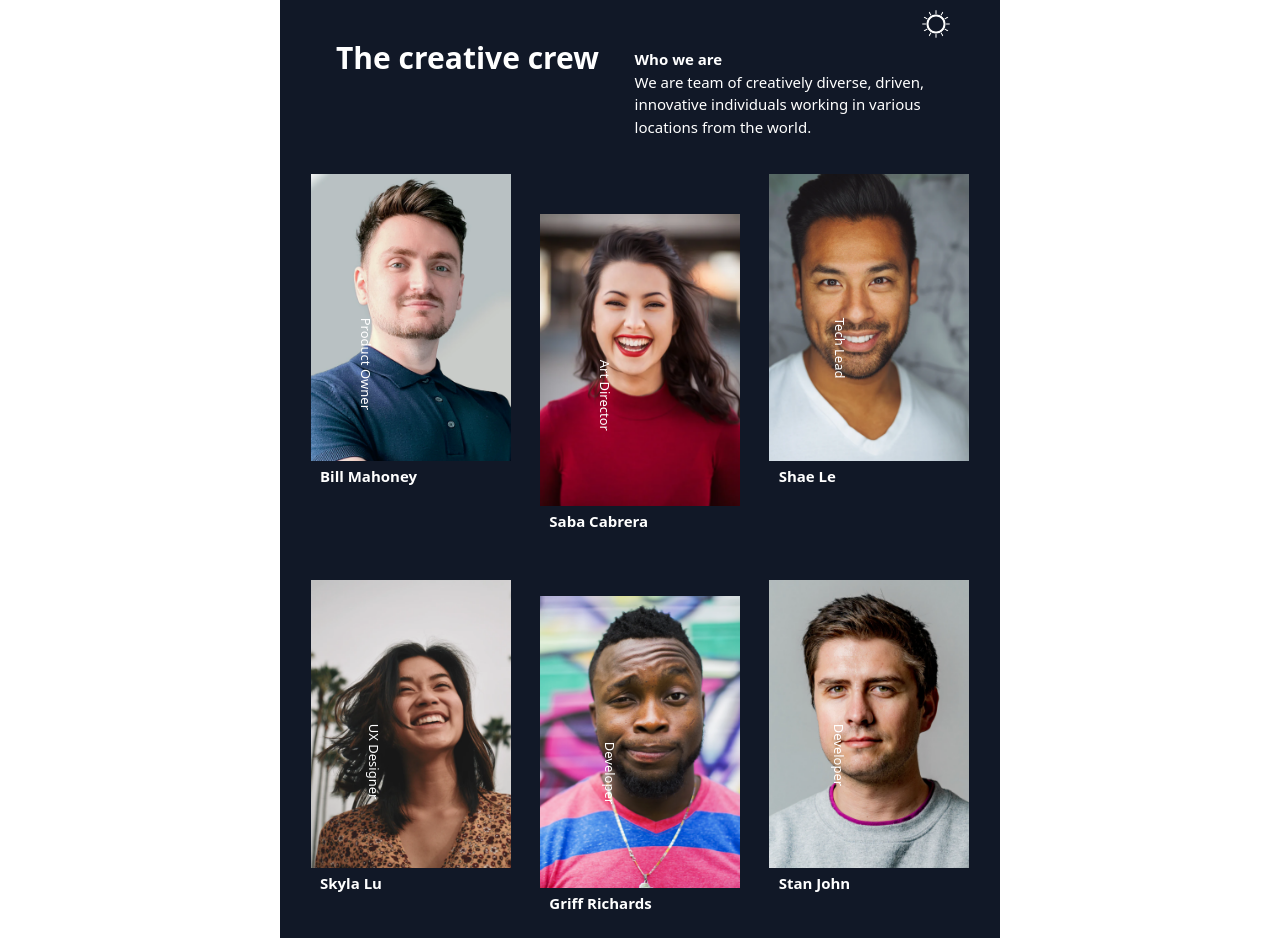
Repository: Alzate1075/Funval-G3-N2
Page: /
An editor plug-in stored every save of this project. The page is shown before and after the next save, followed by the edit.
The browser window is 1280 px wide. The pictures show the whole page.
The project was rebuilt for these pictures with package versions that can differ from the ones it lists, and the page was loaded fresh each time. Also part of the build but not shown: vite.config.js.

Above is the page before, as saved 2025-07-03 11:21:22.

After the next save:
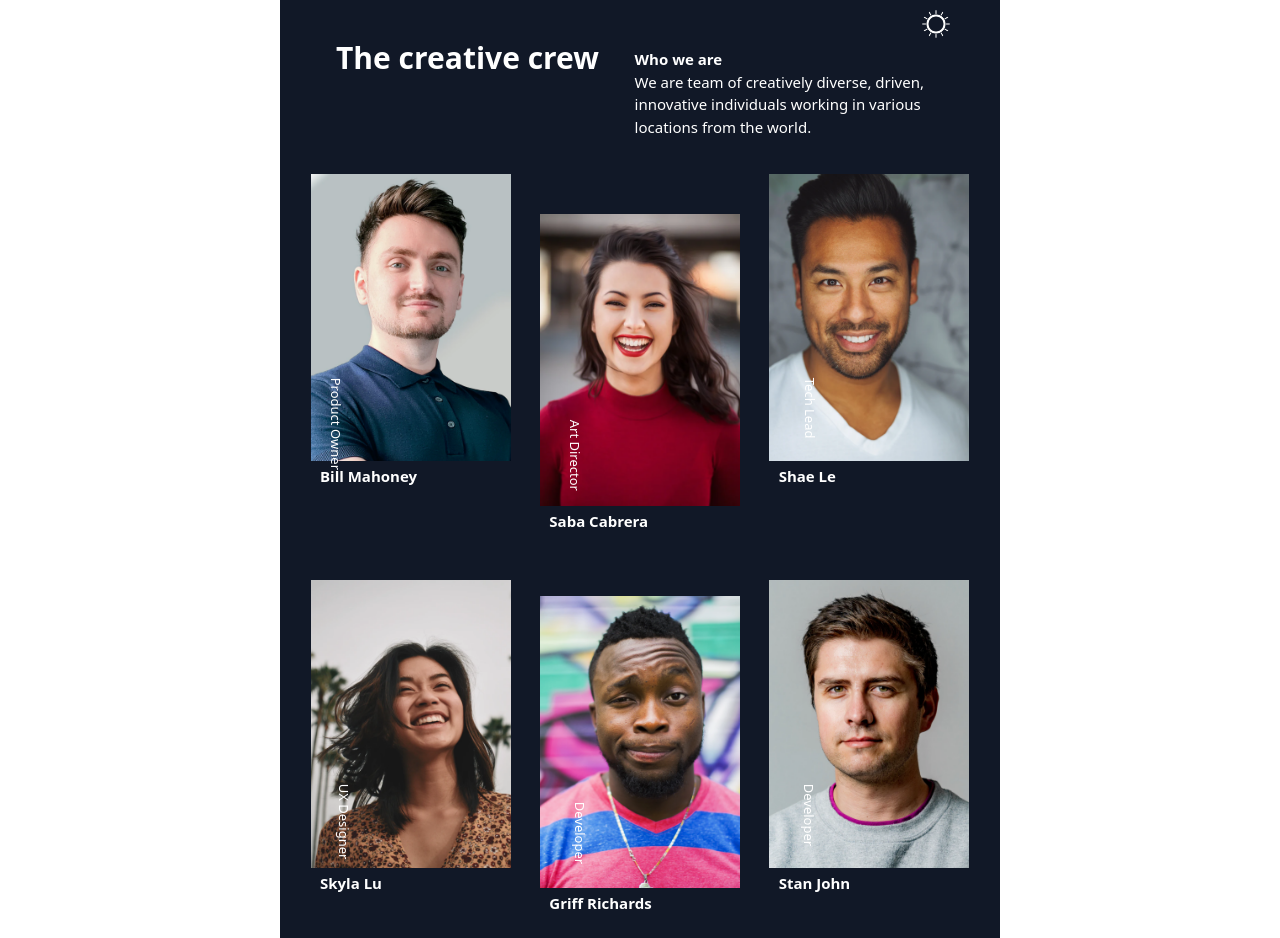
Saved 13 s later.
--- a/src/components/TeamCard.jsx
+++ b/src/components/TeamCard.jsx
@@ -4,7 +4,7 @@ export function TeamCard(props) {
     <div className={`${props.extraClass}`}>
       <div className="text-black md:text-white md:flex md:items-center md:justify-center gap-2 relative">
         <img src={props.image} alt={props.name} className="md:w-[200px] w-20" />
-        <span className="absolute rigth-[60px] rotate-90 origin-left text-[10px] md:text-[13px]">
+        <span className="absolute pl-[60px] rotate-90 origin-left text-[10px] md:text-[13px]">
           {props.role}
         </span>
       </div>
